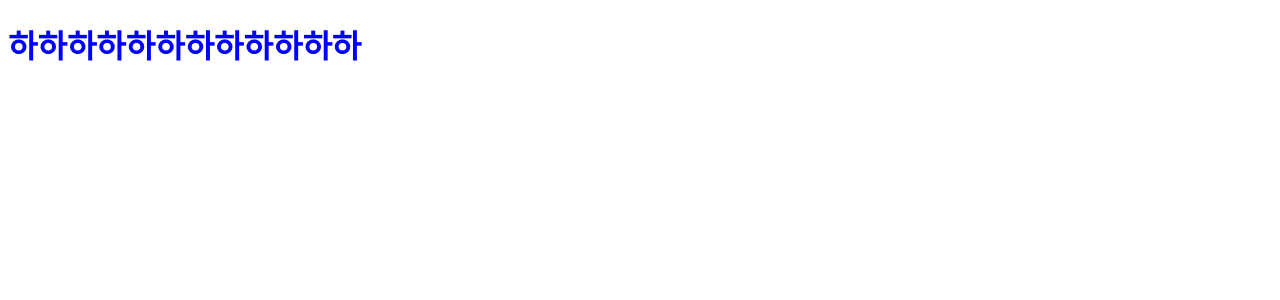
Repository: jun01270/F-E-practice
Page: index.html
The author's editor kept a copy of each file at every save. The page is drawn from the files as they stood at one save, then again after the next save.
The browser window is 1280 px wide. The pictures show the whole page.

Above is the page before, as saved 2022-12-12 18:49:57.

After the next save:
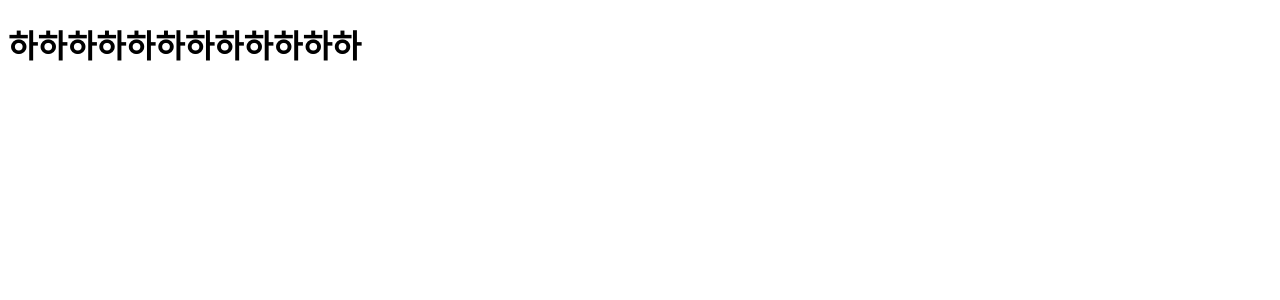
Saved 3 min 44 s later.
--- a/app.js
+++ b/app.js
@@ -3,11 +3,14 @@ const title = document.querySelector(".first h1");
 title.innerText = "하하하하하하하하하하하하";
 console.log(title);
 
-title.style.color = "blue";
+titleColor = title.style.color;
 
 function afterClick() {
   console.log("CLick!!!");
   title.style.color = "red";
+  if (titleColor === red) {
+    titleColor = "blue";
+  }
 }
 
 title.addEventListener("click", afterClick);
